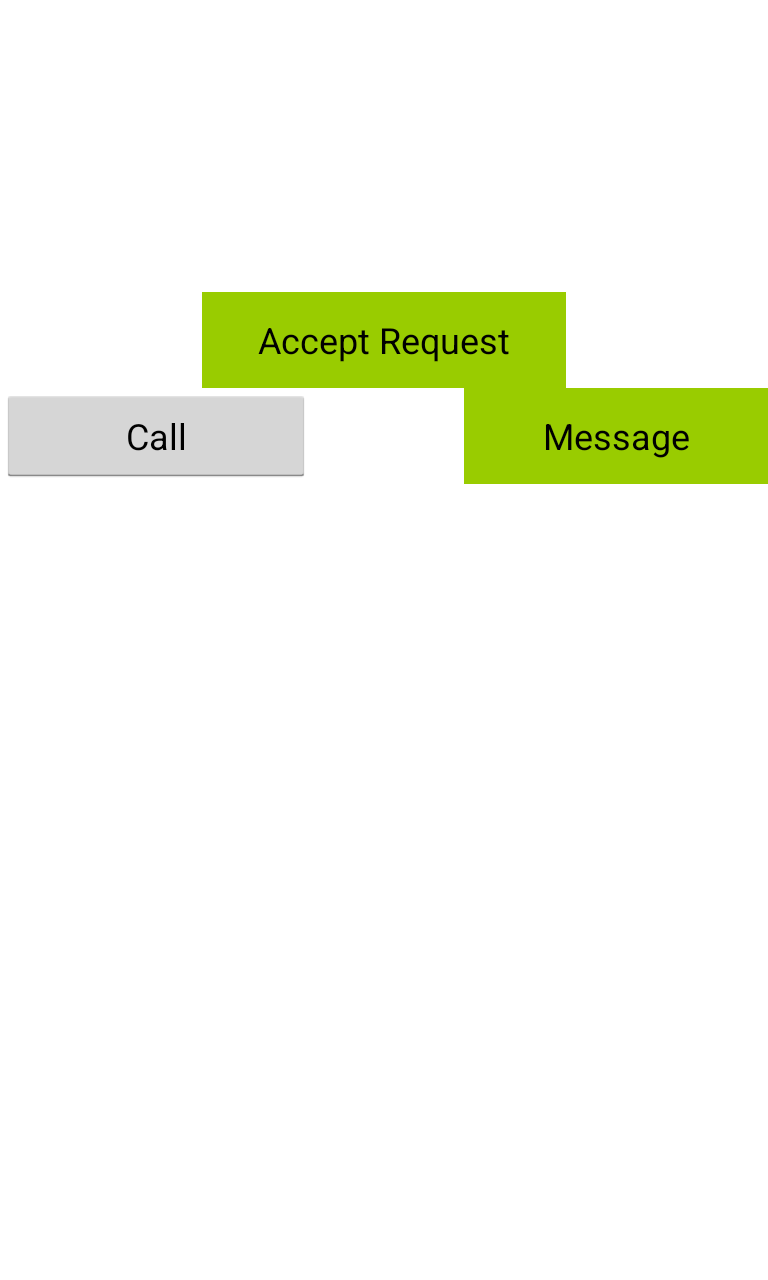
Repository: srivast6/SafeWalk
Layout: android/SafeWalk/res/layout/pop_up.xml
The author's editor kept a copy of each file at every save. The layout is drawn from the files as they stood at one save, then again after the next save.
It is drawn on a 768 x 1280 px phone screen (xhdpi) without system bars, with theme android:Theme.Holo.Light; the app's code is not run.

Above is the layout before, as saved 2013-11-20 15:50:55.

### android/SafeWalk/res/layout/pop_up.xml
<?xml version="1.0" encoding="utf-8"?>
<RelativeLayout xmlns:android="http://schemas.android.com/apk/res/android"
    android:layout_width="match_parent"
    android:layout_height="match_parent" >

    <LinearLayout
        android:id="@+id/linearLayout1"
        android:layout_width="wrap_content"
        android:layout_height="wrap_content"
        android:layout_alignParentTop="true"
        android:layout_centerHorizontal="true"
        android:layout_marginTop="90dp"
        android:orientation="vertical" >

        <Button
            android:id="@+id/AcceptButton"
            android:layout_width="182dp"
            android:layout_height="wrap_content"
            android:layout_marginTop="56dp"
            android:text="Accept Request"
            android:background="@android:color/holo_green_light" />
    </LinearLayout>

    <LinearLayout
        android:id="@+id/linearLayout2"
        android:layout_width="wrap_content"
        android:layout_height="match_parent"
        android:layout_alignParentBottom="true"
        android:layout_alignTop="@+id/linearLayout3"
        android:orientation="horizontal" >

        <Button
            android:id="@+id/callButton"
            android:layout_width="156dp"
            android:layout_height="wrap_content"
            android:layout_marginBottom="22dp"
            android:text="Call" />
    </LinearLayout>

    <LinearLayout
        android:id="@+id/linearLayout3"
        android:layout_width="wrap_content"
        android:layout_height="match_parent"
        android:layout_alignParentBottom="true"
        android:layout_alignParentRight="true"
        android:layout_below="@+id/linearLayout1"
        android:orientation="horizontal" >

        <Button
            android:id="@+id/mssgButton"
            android:layout_width="152dp"
            android:layout_height="wrap_content"
            android:layout_marginBottom="22dp"
            android:background="@android:color/holo_green_light"
            android:text="Message" >
        </Button>
    </LinearLayout>

</RelativeLayout>

After the next save:
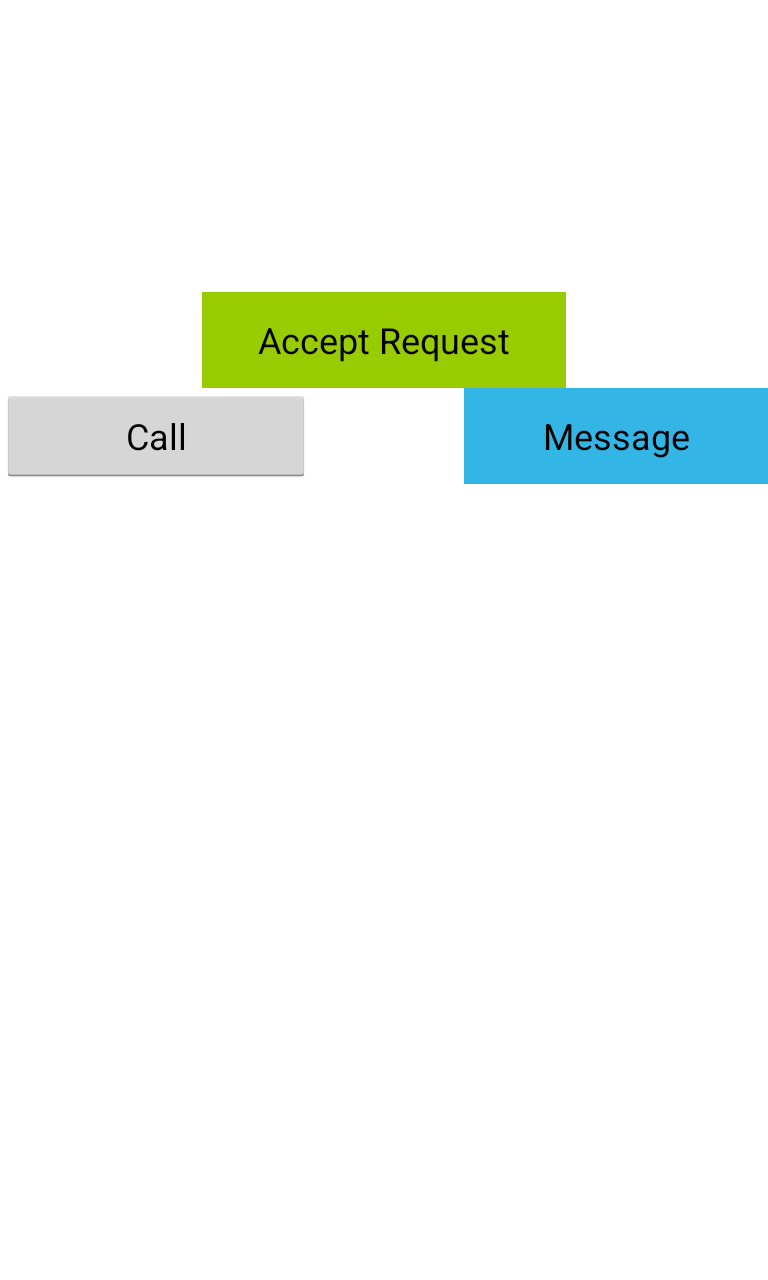
Saved 10 s later.
--- a/android/SafeWalk/res/layout/pop_up.xml
+++ b/android/SafeWalk/res/layout/pop_up.xml
@@ -51,7 +51,7 @@
             android:layout_width="152dp"
             android:layout_height="wrap_content"
             android:layout_marginBottom="22dp"
-            android:background="@android:color/holo_green_light"
+            android:background="@android:color/holo_blue_light"
             android:text="Message" >
         </Button>
     </LinearLayout>
